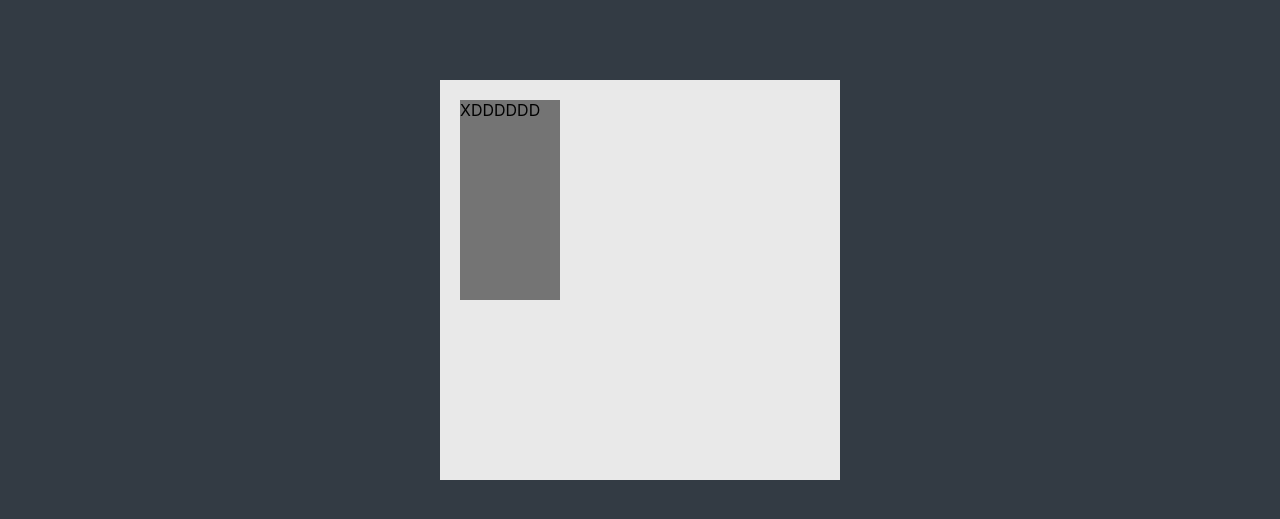
Repository: piookr-wsei/8086
Page: /
The author's editor kept a copy of each file at every save. The page is drawn from the files as they stood at one save, then again after the next save.
The browser window is 1280 px wide. The pictures show the whole page.
The project was rebuilt for these pictures with package versions that can differ from the ones it lists, and the page was loaded fresh each time.

Above is the page before, as saved 2022-06-16 23:58:13.

After the next save:
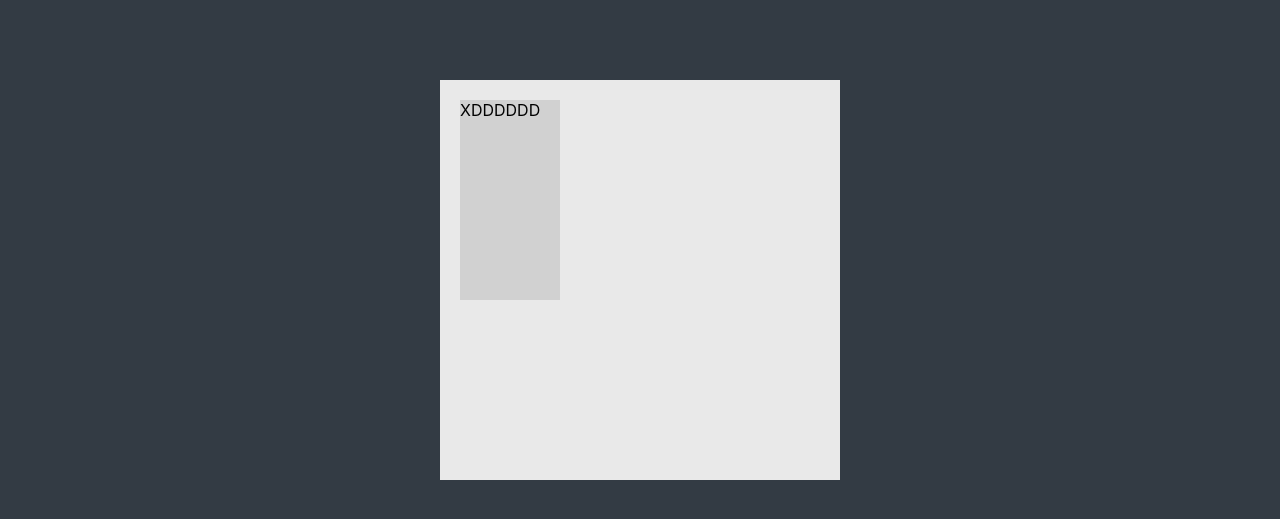
Saved 2 min 19 s later.
--- a/src/Components/Components.elements.js
+++ b/src/Components/Components.elements.js
@@ -17,7 +17,7 @@ border: 20px solid transparent;
 export const RegWrapper = styled.div`
 width: 100px;
 min-height: 200px;
-background: rgba(0,0,0,0.5);
+background: rgba(0,0,0,0.1);
 position: relative;
 left: 0;
 `
